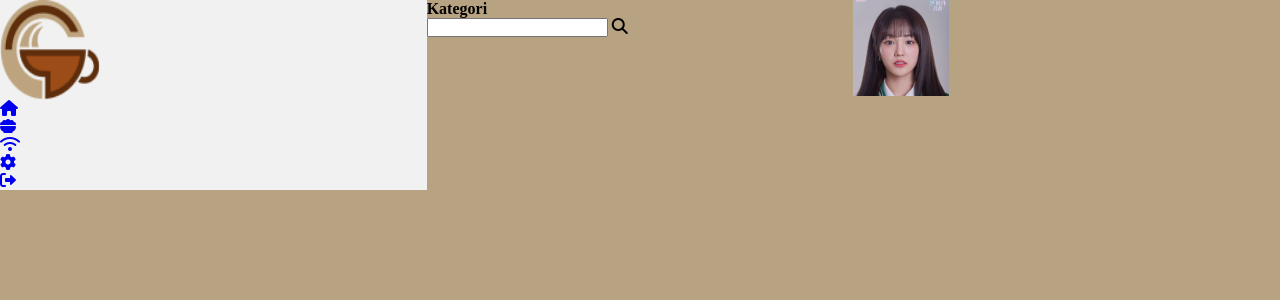
Repository: DanielChuaaa/sbd2
Page: index.html
An editor plug-in stored every save of this project. The page is shown before and after a run of saves, followed by the edit.
The browser window is 1280 px wide. The pictures show the whole page.
Some web libraries are served in a nearby version.

Above is the page before, as saved 2023-10-20 09:58:27.

After the next 2 saves:
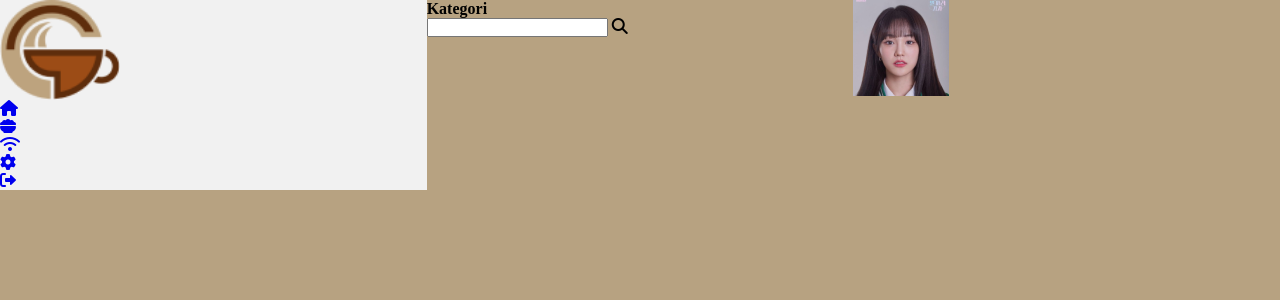
The 2 saves are shown as one change because they came seconds apart.
The last was saved 13 s later.
--- a/index.html
+++ b/index.html
@@ -18,7 +18,7 @@
     <div class="container">
         <div class="grid-wrapper">
             <div class="icon">
-                <img src="/assets/logo projek SBD 1.png" width="100px" height="100px" alt="logo">
+                <img src="/assets/logo projek SBD 1.png" width="120px" height="100px" alt="logo">
                 <a href="#"><i class="fa-solid fa-house"></i></a>
                 <a href="#"><i class="fa-solid fa-bowl-food"></i></a>
                 <a href="#"><i class="fa-solid fa-wifi"></i></a>
